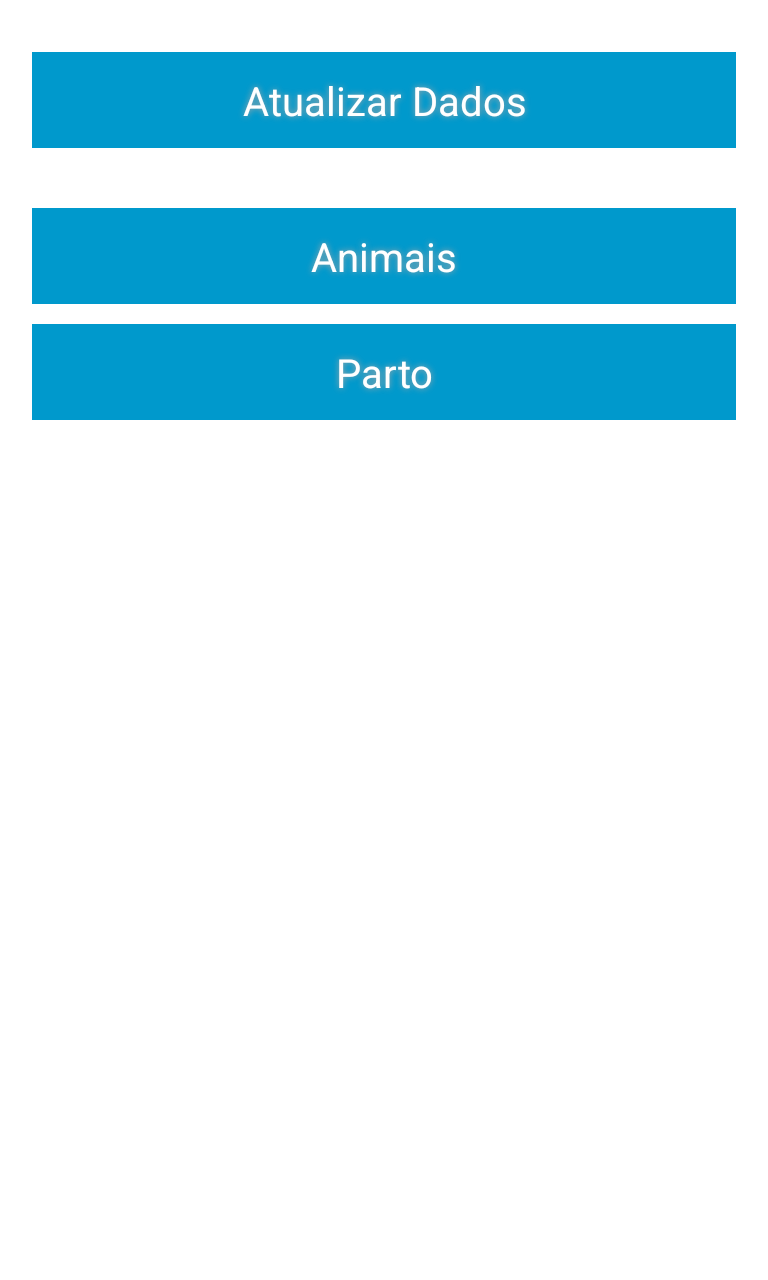
Repository: vpamaral/TaurusMobile
Layout: TaurusMobile/res/layout/activity_main.xml
The author's editor kept a copy of each file at every save. The layout is drawn from the files as they stood at one save, then again after the next save.
It is drawn on a 768 x 1280 px phone screen (xhdpi) without system bars, with theme AppTheme; the app's code is not run.

Above is the layout before, as saved 2015-05-15 16:43:40.

### TaurusMobile/res/layout/activity_main.xml
<LinearLayout xmlns:android="http://schemas.android.com/apk/res/android"
    xmlns:tools="http://schemas.android.com/tools"
    android:layout_width="match_parent"
    android:layout_height="match_parent"
    android:orientation="vertical"
    android:paddingBottom="@dimen/activity_vertical_margin"
    android:paddingLeft="@dimen/activity_horizontal_margin"
    android:paddingRight="@dimen/activity_horizontal_margin"
    android:paddingTop="@dimen/activity_vertical_margin"
    tools:context="br.com.taurusmobile.ui.MainActivity" >

    <LinearLayout
        android:id="@+id/linearLayout1"
        android:layout_width="fill_parent"
        android:layout_height="wrap_content" >

        <Button
            android:id="@+id/btn_atualiza"
            android:layout_width="match_parent"
            android:layout_height="wrap_content"
            android:layout_alignParentTop="true"
            android:layout_centerHorizontal="true"
            android:layout_marginTop="10dp"
            android:background="@drawable/btn_selector"
            android:shadowColor="#A8A8A8"
            android:shadowDx="0"
            android:shadowDy="0"
            android:shadowRadius="5"
            android:text="Atualizar Dados"
            android:textColor="#FFFFFF"
            android:textSize="20sp" />
    </LinearLayout>

    <LinearLayout
        android:id="@+id/linearLayout2"
        android:layout_width="fill_parent"
        android:layout_height="wrap_content" >

        <Button
            android:id="@+id/btn_animal"
            android:layout_width="match_parent"
            android:layout_height="wrap_content"
            android:layout_alignLeft="@+id/btn_atualiza"
            android:layout_below="@+id/btn_atualiza"
            android:layout_marginTop="30dp"
            android:background="@drawable/btn_selector"
            android:shadowColor="#A8A8A8"
            android:shadowDx="0"
            android:shadowDy="0"
            android:shadowRadius="5"
            android:text="Animais"
            android:textColor="#FFFFFF"
            android:textSize="20sp" />
    </LinearLayout>

    <LinearLayout
        android:id="@+id/linearLayout3"
        android:layout_width="fill_parent"
        android:layout_height="wrap_content" >

        <Button
            android:id="@+id/btn_parto"
            android:layout_width="match_parent"
            android:layout_height="wrap_content"
            android:layout_alignLeft="@+id/btn_animal"
            android:layout_below="@+id/btn_animal"
            android:layout_marginTop="10dp"
            android:background="@drawable/btn_selector"
            android:shadowColor="#A8A8A8"
            android:shadowDx="0"
            android:shadowDy="0"
            android:shadowRadius="5"
            android:text="Parto"
            android:textColor="#FFFFFF"
            android:textSize="20sp" />
    </LinearLayout>

</LinearLayout>

### TaurusMobile/res/drawable/btn_selector.xml
<?xml version="1.0" encoding="utf-8"?>
<selector xmlns:android="http://schemas.android.com/apk/res/android" android:shape="rectangle">
    <item android:drawable="@android:color/holo_blue_light" android:state_pressed="true"/>
     <item android:drawable="@android:color/holo_blue_dark"/>
</selector>

Loaded but not shown: TaurusMobile/res/values/styles.xml (common file); TaurusMobile/res/values-v11/styles.xml (common file); TaurusMobile/res/values-v14/styles.xml (common file); TaurusMobile/res/values/dimens.xml (common file); TaurusMobile/res/values-w820dp/dimens.xml (common file)

After the next save:
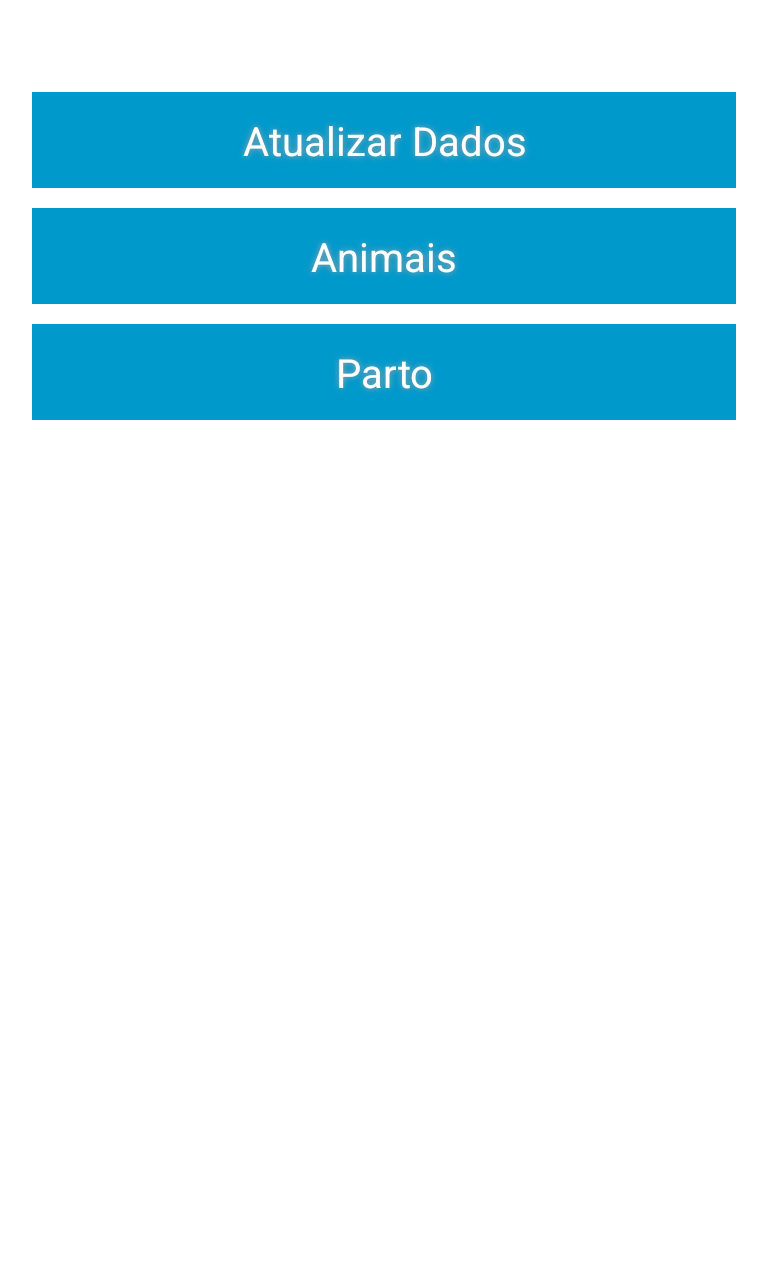
Saved 2 min 7 s later.
--- a/TaurusMobile/res/layout/activity_main.xml
+++ b/TaurusMobile/res/layout/activity_main.xml
@@ -20,7 +20,7 @@
             android:layout_height="wrap_content"
             android:layout_alignParentTop="true"
             android:layout_centerHorizontal="true"
-            android:layout_marginTop="10dp"
+            android:layout_marginTop="30dp"
             android:background="@drawable/btn_selector"
             android:shadowColor="#A8A8A8"
             android:shadowDx="0"
@@ -42,7 +42,7 @@
             android:layout_height="wrap_content"
             android:layout_alignLeft="@+id/btn_atualiza"
             android:layout_below="@+id/btn_atualiza"
-            android:layout_marginTop="30dp"
+            android:layout_marginTop="10dp"
             android:background="@drawable/btn_selector"
             android:shadowColor="#A8A8A8"
             android:shadowDx="0"
